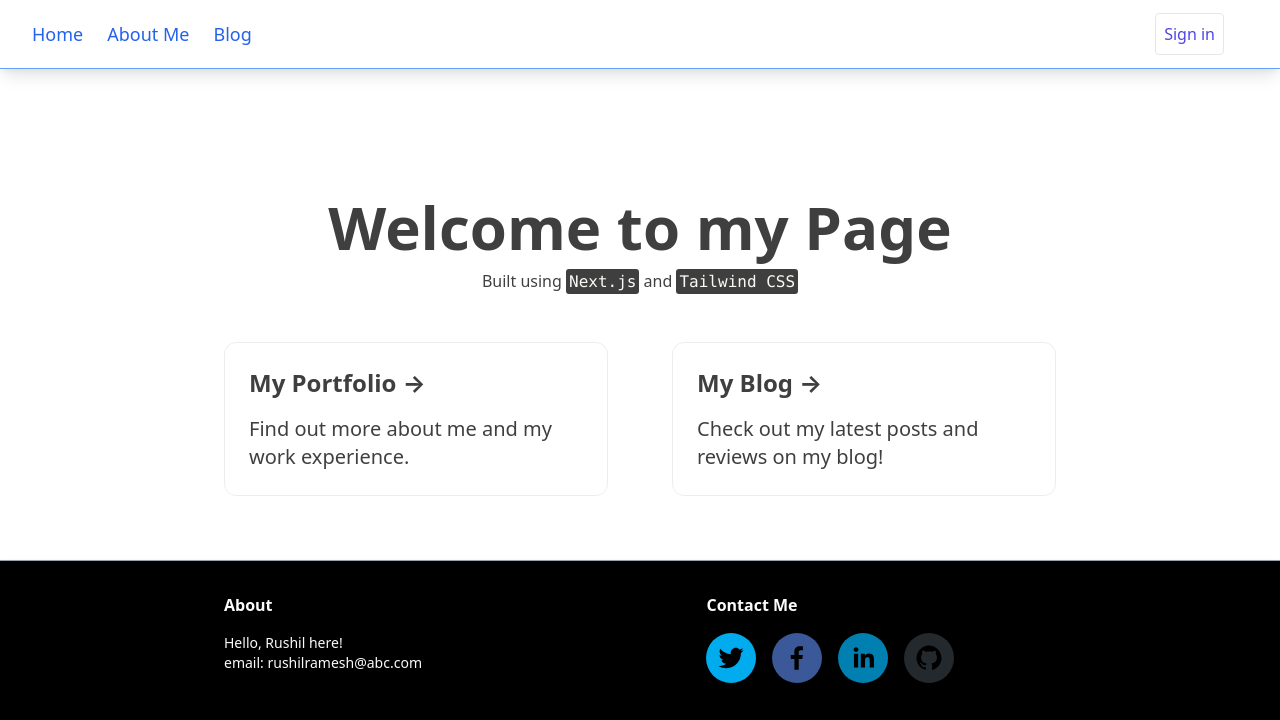
Repository: rushilramesh/portfolio-page
Page: /
An editor plug-in stored every save of this project. The page is shown before and after the next save, followed by the edit.
The browser window is 1280 px wide. The pictures show the whole page.
The page's requests for data from a server got no answer. The project was rebuilt for these pictures with package versions that can differ from the ones it lists, and the page was loaded fresh each time. The framework's server and built-in components were replaced by stand-ins that run in the browser. No one was signed in, and anything a server would have sent is missing. Also part of the build but not shown: next.config.js.

Above is the page before, as saved 2021-05-24 12:35:19.

After the next save:
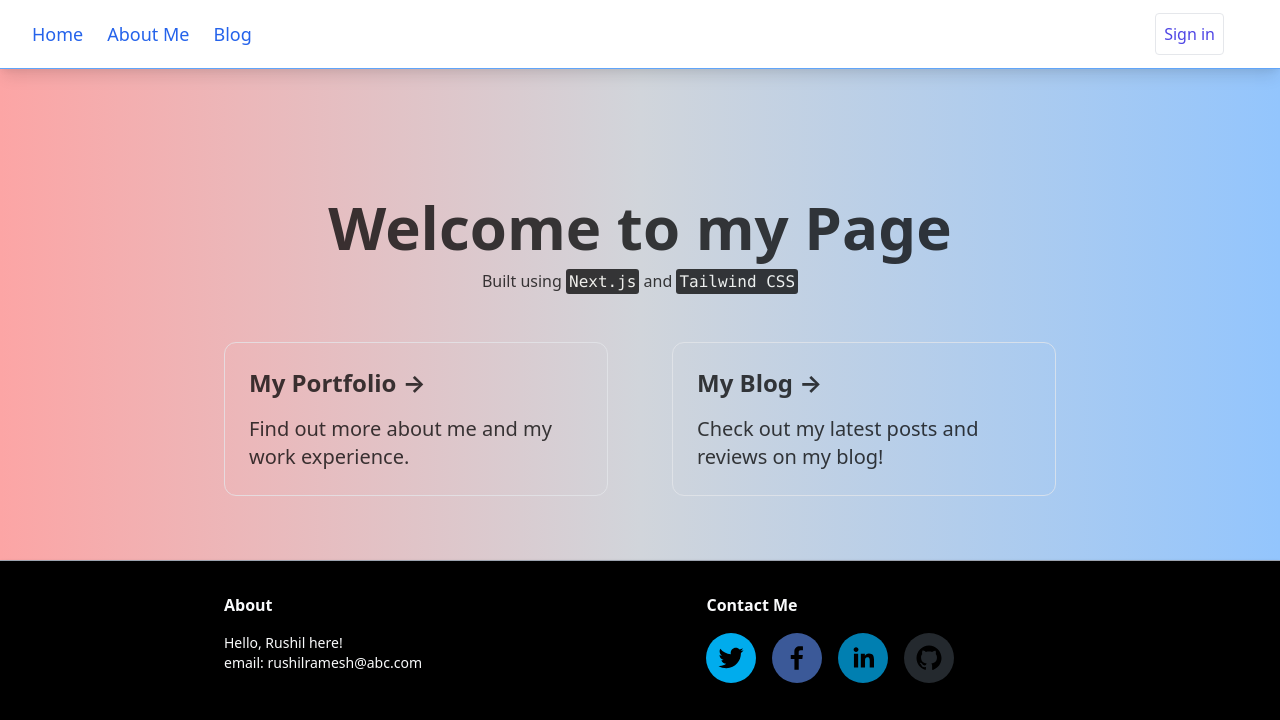
Saved 4 min 38 s later.
--- a/components/Layout.tsx
+++ b/components/Layout.tsx
@@ -3,9 +3,9 @@
 import Link from 'next/link'
 import { SocialIcon } from 'react-social-icons';
 
-const Layout = ({children, home, blog} : {children: React.ReactNode, home?: boolean, blog?: boolean}) => {
+const Layout = ({children, home} : {children: React.ReactNode, home?: boolean, }) => {
     return (
-        <div className={!blog ? ("flex flex-col width-screen h-screen") : ("bg-gradient-to-r from-green-200 via-green-200 to-blue-200 bg-repeat-y flex flex-col width-screen h-full")} >
+        <div className="bg-gradient-to-r from-red-300 via-gray-300 to-blue-300 flex flex-col width-screen h-screen" >
             <header>
                 <Nav />
             </header>

After the save that followed:
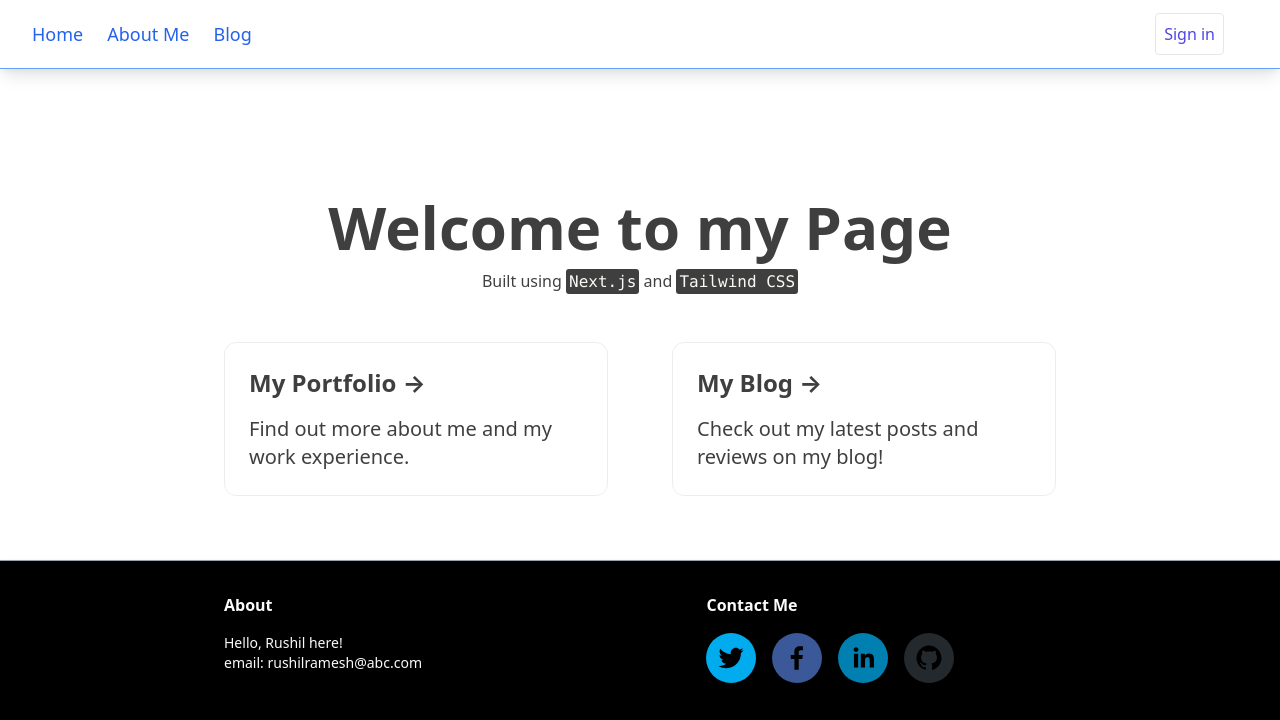
Saved 6 min 45 s later.
--- a/components/Layout.tsx
+++ b/components/Layout.tsx
@@ -5,7 +5,7 @@
 
 const Layout = ({children, home} : {children: React.ReactNode, home?: boolean, }) => {
     return (
-        <div className="bg-gradient-to-r from-red-300 via-gray-300 to-blue-300 flex flex-col width-screen h-screen" >
+        <div className="flex flex-col width-screen h-screen" >
             <header>
                 <Nav />
             </header>
